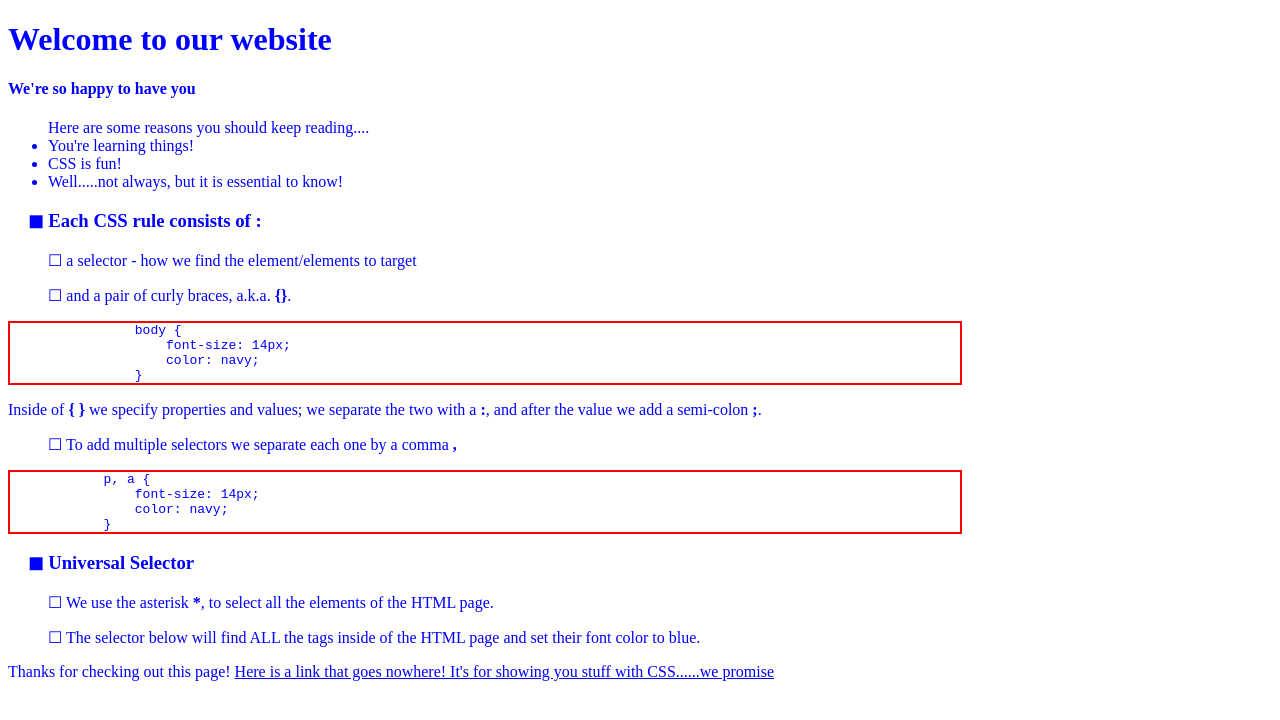
Repository: AnnaSpirit/Tests__
Page: CSS/Useful_Selectors.html
An editor plug-in stored every save of this project. The page is shown before and after the next save, followed by the edit.
The browser window is 1280 px wide. The pictures show the whole page.

Above is the page before, as saved 2024-04-01 12:43:32.

After the next save:
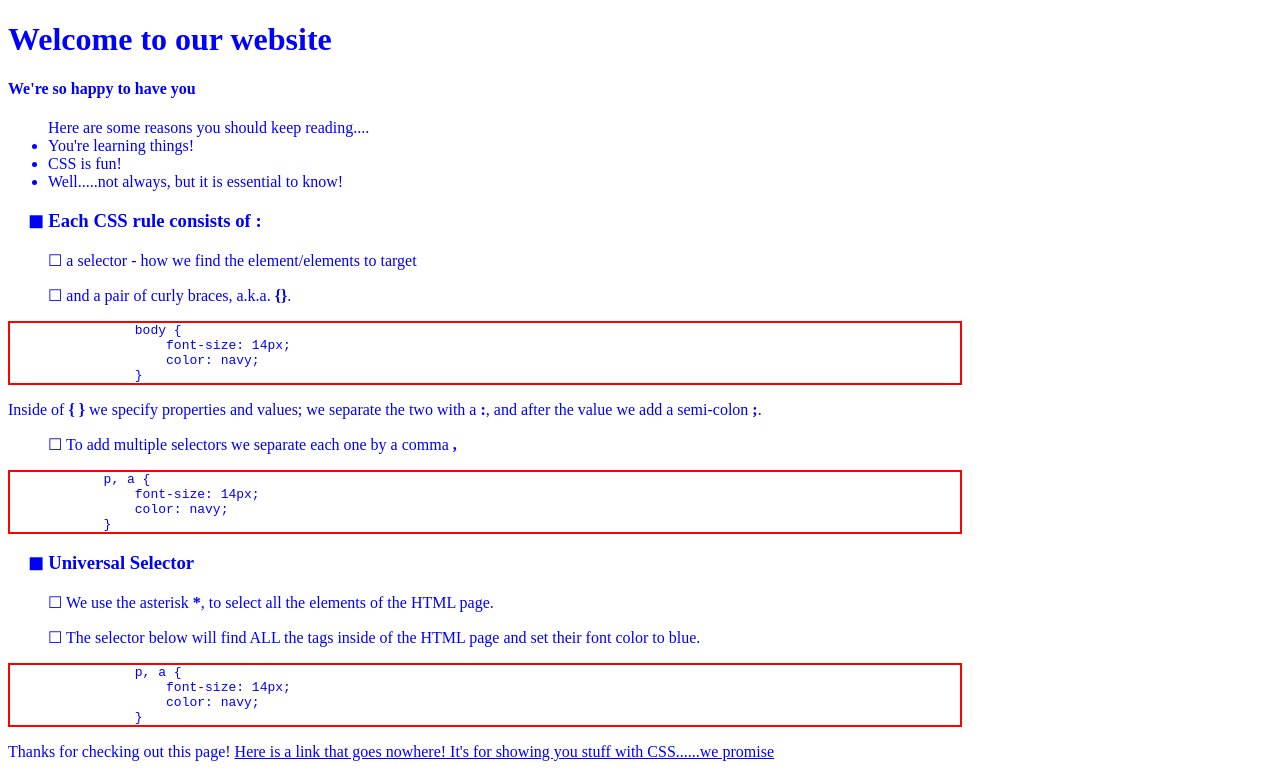
Saved 8 s later.
--- a/CSS/Useful_Selectors.html
+++ b/CSS/Useful_Selectors.html
@@ -39,7 +39,13 @@
         <h3 style="padding-left: 20px;"> &#9724; Universal Selector</h3>
         <p style="padding-left: 40px;">&#9744; We use the asterisk <b>*</b>, to select all the elements of the HTML page.</p>
         <p style="padding-left: 40px;">&#9744; The selector below will find ALL the tags inside of the HTML page and set their font color to blue.</p>
-
+    <span>
+        <pre style="border: 2px solid red; margin-right: 310px">
+                p, a {
+                    font-size: 14px;
+                    color: navy;
+                }</pre>
+    </span>
     </section>
     <footer>
         <p>
